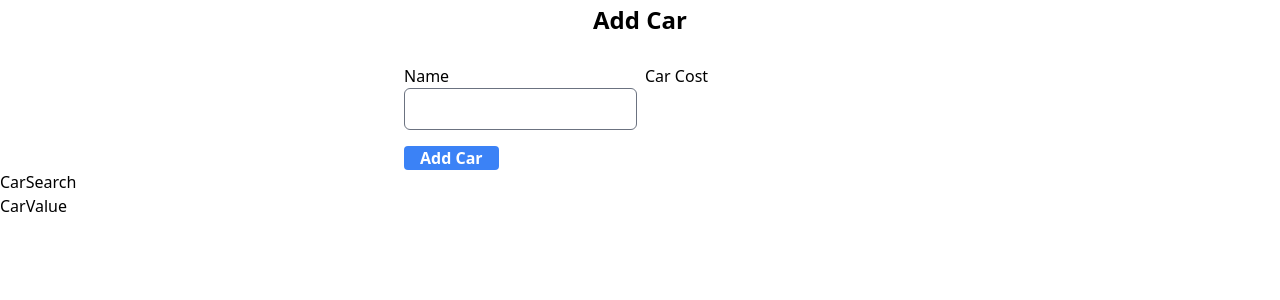
Repository: Marhamat92/carsappreduxtoolkit
Page: /
The author's editor kept a copy of each file at every save. The page is drawn from the files as they stood at one save, then again after the next save.
The browser window is 1280 px wide. The pictures show the whole page.
The project was rebuilt for these pictures with package versions that can differ from the ones it lists, and the page was loaded fresh each time.

Above is the page before, as saved 2023-01-23 23:00:21.

After the next save:
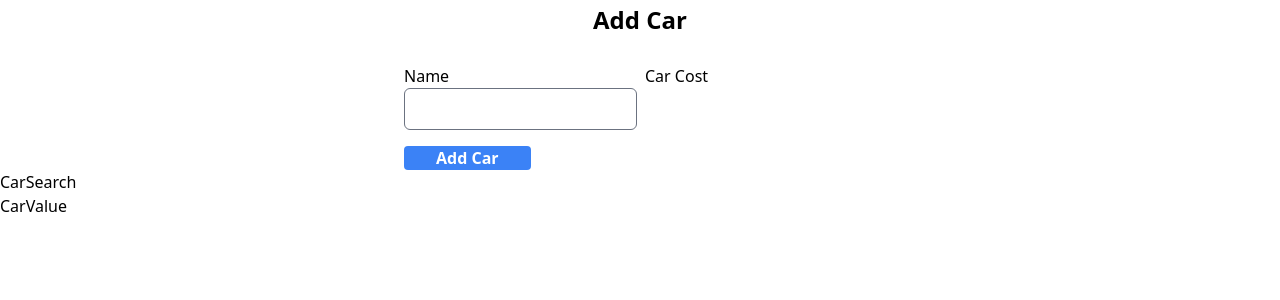
Saved 25 s later.
--- a/src/components/CarForm.js
+++ b/src/components/CarForm.js
@@ -49,7 +49,7 @@ function CarForm() {
               <input value={cost || ''} onChange={handleCostChange} type='number' name='price' id='price' />
             </div>
           </div>
-          <button className='bg-blue-500 hover:bg-blue-700 text-white font-bold  px-4 rounded mt-4' type='submit'>Add Car</button>
+          <button className='bg-blue-500 hover:bg-blue-700 text-white font-bold  px-8 rounded mt-4' type='submit'>Add Car</button>
         </form>
       </div>
     </div>
